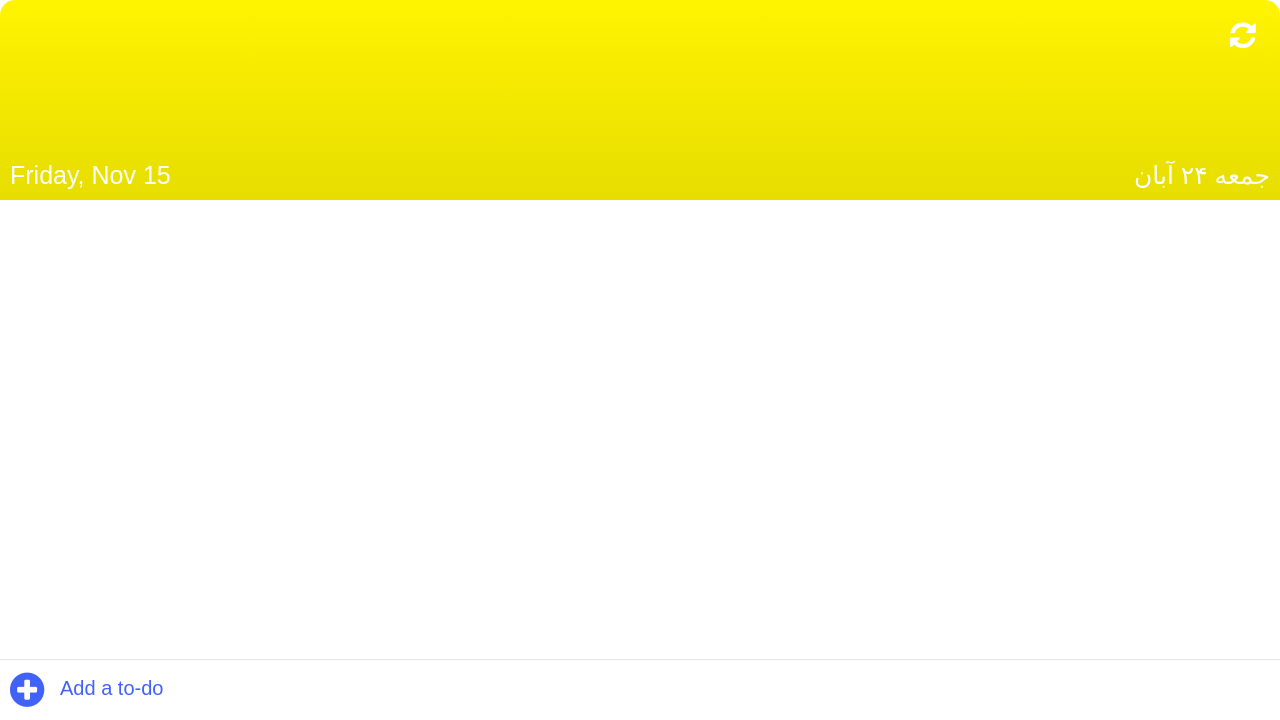
Repository: abouzarSoleymani/todo-js
Page: index.html
These files come from the project's save history. The page is drawn as it stood at one moment and after a run of saves; the edit follows.
The browser window is 1280 px wide. The pictures show the whole page.

Above is the page before, as saved 2019-11-15 16:13:59.

### index.html
<!-- CODE EXPLAINED CHANNEL -->
<!DOCTYPE html>
<html lang="en">
<head>
    <meta charset="UTF-8">
    <title>JavaScript - To Do List</title>
    <link href="https://fonts.googleapis.com/css?family=Roboto|Signika&display=swap" rel="stylesheet">
    <script src="https://unpkg.com/sweetalert/dist/sweetalert.min.js"></script>
        <link rel="stylesheet" href="css/font-awesome.css">
    <link rel="stylesheet" href="css/style.css">
</head>
<body>
    <div class="container">
        <div class="header">
            <div class="clear">
                <i class="fa fa-refresh"></i>
            </div>
            <div id="date"></div>
            <div id="date-fa"></div>
        </div>
        <div class="content">
            <ul id="list">
               <!--
                <li class="item">
                    <i class="fa fa-circle-thin co" job="complete" id="0"></i>
                    <p class="text">Drink Coffee</p>
                    <i class="fa fa-trash-o de" job="delete" id="0"></i>
                </li> -->
            </ul>
        </div>
        <div class="add-to-do">
            <i class="fa fa-plus-circle"></i>
            <input type="text" id="input" placeholder="Add a to-do">
        </div>
    </div>
    <script src="js/app.js"></script>
</body>
</html>

### css/style.css
/* ------------ youtube.com/CodeExplained ------------ */
body{
    padding: 0;
    margin: 0;
    background-color: rgba(255, 255, 255, 0.1);
    font-family: 'Roboto', sans-serif;
    height: 100vh;
}

/* ------------ container ------------ */
.container{
    width:100%;
    height:100%;
    margin:0 auto;
}

/* ------------ header ------------ */
.header{
    width: 100%;
    height:200px;
    background-image: linear-gradient(to bottom, #fff400, #f9ee00, #f3e800, #ede300, #e7dd00);
     border-radius: 15px 15px 0 0;
    position: relative;
}
.clear{
    width : 30px;
    height: 30px;
    position: absolute;
    right:20px;
    top: 20px;
}
.clear i{
    font-size: 30px;
    color: #FFF;
}
.clear i:hover{
    cursor: pointer;
    text-shadow: 1px 3px 5px #000;
    transform: rotate(45deg);
}
#date{
    position: absolute;
    bottom: 10px;
    left: 10px;
    color: #FFF;
    font-size: 25px;
    font-family: 'Titillium Web', sans-serif;
}
#date-fa{
    position: absolute;
    bottom: 10px;
    right: 10px;
    color: #FFF;
    font-size: 25px;
    font-family: 'Titillium Web', sans-serif;
}

/* ------------ content ------------ */
.content{
    width:100%;
    height: 350px;
    max-height:350px;
    background-color: #FFF;
    overflow: auto;
    padding-top: 40px;
}
.content::-webkit-scrollbar {
    display: none;
}
.content ul{
    padding:0;
    margin:0;
}
.item{
    width:100%;
    height: 45px;
    min-height: 45px;
    position: relative;
    border-bottom: 1px solid rgba(0,0,0,0.1);
    list-style: none;
    padding: 0;
    margin: 0;
}
.item i.co{
    position: absolute;
    font-size: 25px;
    padding-left:5px;
    left:15px;
    top:10px;
}
.item i.co:hover{
    cursor: pointer;
}
.fa-check-circle{
    color:#6eb200;
}
.item p.text{
    position: absolute;
    padding:0;
    margin:0;
    font-size: 20px;
    left:50px;
    top:5px;
    background-color: #FFF;
}
.lineThrough{
    text-decoration: line-through;
    color : #ccc;
}
.item i.de{
    position: absolute;
    font-size: 25px;
    right:15px;
    top:10px;
}
.item i.de:hover{
    color:#af0000;
    cursor: pointer;
}
/* ------------ add item ------------ */
.add-to-do{
    position: fixed;
    height:40px;
    bottom: 0;
    background-color: #FFF;
    padding: 10px;
    border-top: 1px solid rgba(0,0,0,0.1);
    left: 0;
    right: 0;
}
.add-to-do i{
    position: absolute;
    font-size: 40px;
    color: #4162f6;
}

.add-to-do input{
    position: absolute;
    left: 50px;
    height: 35px;
    background-color: transparent;
    border: none;
    font-size: 20px;
    padding-left:10px;
    width: calc(100% - 85px);
}
.add-to-do input::-webkit-input-placeholder { /* Chrome/Opera/Safari */
    color: #4162f6;
    font-family: 'Titillium Web', sans-serif;
    font-size: 20px;
}
.add-to-do input::-moz-placeholder { /* Firefox 19+ */
    color: #4162f6;
    font-family: 'Titillium Web', sans-serif;
    font-size: 20px;
}
.add-to-do input:-ms-input-placeholder { /* IE 10+ */
    color: #4162f6;
    font-family: 'Titillium Web', sans-serif;
    font-size: 20px;
}
.add-to-do input:-moz-placeholder { /* Firefox 18- */
    color: #4162f6;
    font-family: 'Titillium Web', sans-serif;
    font-size: 20px;
}

### js/app.js
// CODE EXPLAINED channel

// Select the Elements
const clear = document.querySelector(".clear");
const dateElementEN = document.getElementById("date");
const dateElementFA = document.getElementById("date-fa");
const list = document.getElementById("list");
const input = document.getElementById("input");

// Classes names
const CHECK = "fa-check-circle";
const UNCHECK = "fa-circle-thin";
const LINE_THROUGH = "lineThrough";

// Variables
let LIST, id;

// get item from localstorage
let data = localStorage.getItem("TODO");

// check if data is not empty
if(data){
    LIST = JSON.parse(data);
    id = LIST.length; // set the id to the last one in the list
    loadList(LIST); // load the list to the user interface
}else{
    // if data isn't empty
    LIST = [];
    id = uuidv4();
}

// load items to the user's interface
function loadList(array){
    array.forEach(function(item){
        addToDo(item.name, item.id, item.done, item.trash);
    });
}

// clear the local storage
clear.addEventListener("click", function(){
    localStorage.clear();
    location.reload();
});

// Show todays date
const optionsEN = {weekday : "long", month:"short", day:"numeric"};
const optionsFA = { weekday : "long", month:"short", day:"numeric"};
const today = new Date();

dateElementEN.innerHTML = today.toLocaleDateString("en-US", optionsEN);
dateElementFA.innerHTML = today.toLocaleDateString("fa", optionsFA);

// add to do function

function addToDo(toDo, id, done, trash){

    if(trash){ return; }

    const DONE = done ? CHECK : UNCHECK;
    const LINE = done ? LINE_THROUGH : "";
    const item = `<li class="item">
                    <i class="fa ${DONE} co" job="complete" id="${id}"></i>
                    <p class="text ${LINE}">${toDo}</p>
                    <i class="fa fa-trash-o de" job="delete" id="${id}"></i>
                  </li>
                `;

    const position = "beforeend";

    list.insertAdjacentHTML(position, item);
}

// add an item to the list user the enter key
document.addEventListener("keyup",function(even){
    if(event.keyCode == 13){
        const toDo = input.value;

        // if the input isn't empty
        if(toDo){
            addToDo(toDo, id, false, false);

            LIST.push({
                name : toDo,
                id : id,
                done : false,
                trash : false
            });

            // add item to localstorage ( this code must be added where the LIST array is updated)
            localStorage.setItem("TODO", JSON.stringify(LIST));

            id = uuidv4();
        }
        input.value = "";
    }
});


// complete to do
function completeToDo(element){
    element.classList.toggle(CHECK);
    element.classList.toggle(UNCHECK);
    element.parentNode.querySelector(".text").classList.toggle(LINE_THROUGH);

  //  LIST[element.id].done = LIST[element.id].done ? false : true;
    let item = LIST.find(item => item.id == element.id);
        item.done? item.done = false : item.done = true;
    // add item to localstorage ( this code must be added where the LIST array is updated)
    console.log(LIST.find(item => item.id == element.id).done)
    localStorage.setItem("TODO", JSON.stringify(LIST));
}

// remove to do
function removeToDo(element){
    confirm().then((willDelete) => {
        if(!willDelete)
         return;
        LIST.find(item => item.id == element.id).trash = true;
        element.parentNode.parentNode.removeChild(element.parentNode);
        showAlert("Poof! Your imaginary file has been deleted!", true);
         // add item to localstorage ( this code must be added where the LIST array is updated)
        localStorage.setItem("TODO", JSON.stringify(LIST));
        console.log(LIST)
    })

}

// target the items created dynamically

list.addEventListener("click", function(event){
    const element = event.target; // return the clicked element inside list
    const elementJob = element.attributes.job?element.attributes.job.value: ''; // complete or delete
    if(elementJob == "complete"){
        completeToDo(element);
    }else if(elementJob == "delete"){
        removeToDo(element);
    }


});

async function confirm() {
    try{
        let status = await swal({
            title: "Are you sure?",
            text: "Once deleted, you will not be able to recover this imaginary file!",
            icon: "warning",
            buttons: true,
            dangerMode: true,
          })
          return status;
    }catch(e){
        console.log(e)
    }

}
showAlert = (text, status) => {
    if(status){
        swal(text, {
            icon: "success",
          });
    }else{
        swal(text, {
            icon: "error",
          });
    }

}

function uuidv4() {
    return 'xxxxxxxx-xxxx-4xxx-yxxx-xxxxxxxxxxxx'.replace(/[xy]/g, function(c) {
      var r = Math.random() * 16 | 0, v = c == 'x' ? r : (r & 0x3 | 0x8);
      return v.toString(16);
    });
  }

Loaded but not shown: css/font-awesome.css (library)

After the next 2 saves:
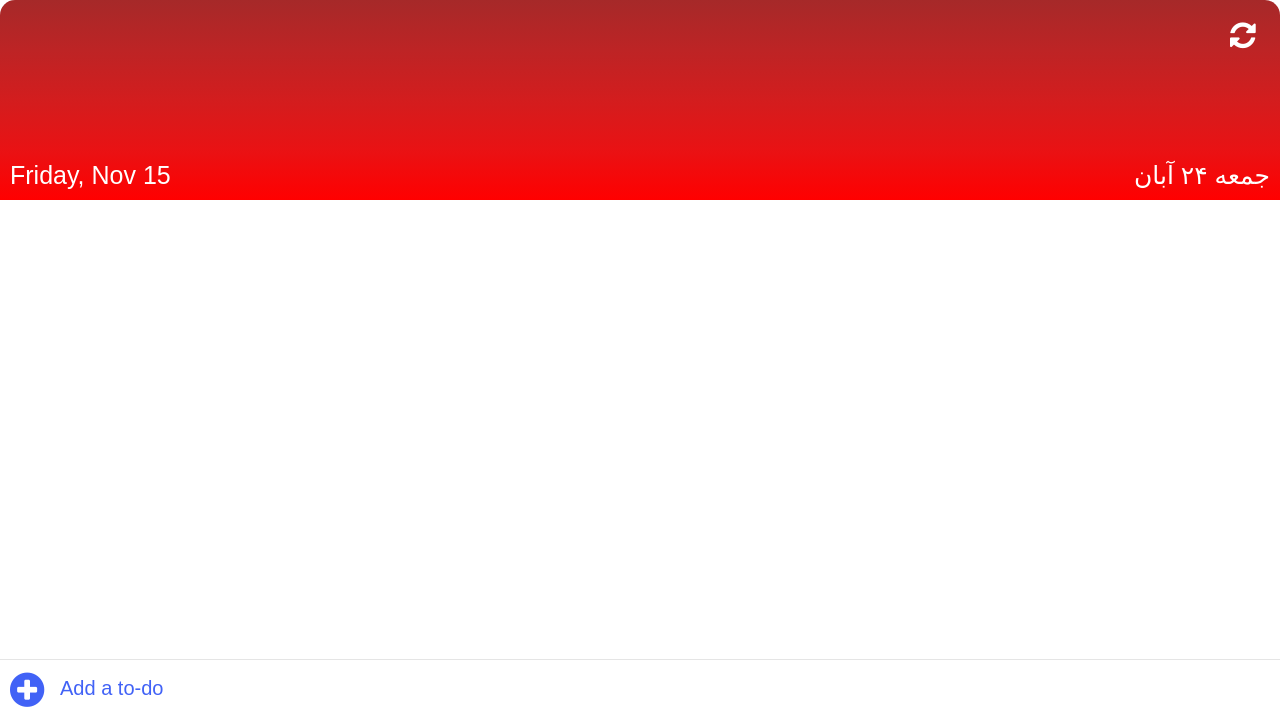
The 2 saves are shown as one change because they came seconds apart.
The last was saved 2 min 53 s later.
--- a/css/style.css
+++ b/css/style.css
@@ -18,8 +18,8 @@ body{
 .header{
     width: 100%;
     height:200px;
-    background-image: linear-gradient(to bottom, #fff400, #f9ee00, #f3e800, #ede300, #e7dd00);
-     border-radius: 15px 15px 0 0;
+    background-image: linear-gradient(to top, #ff0000, #e91214, #d31d1e, #bd2425, #a62929);
+         border-radius: 15px 15px 0 0;
     position: relative;
 }
 .clear{
